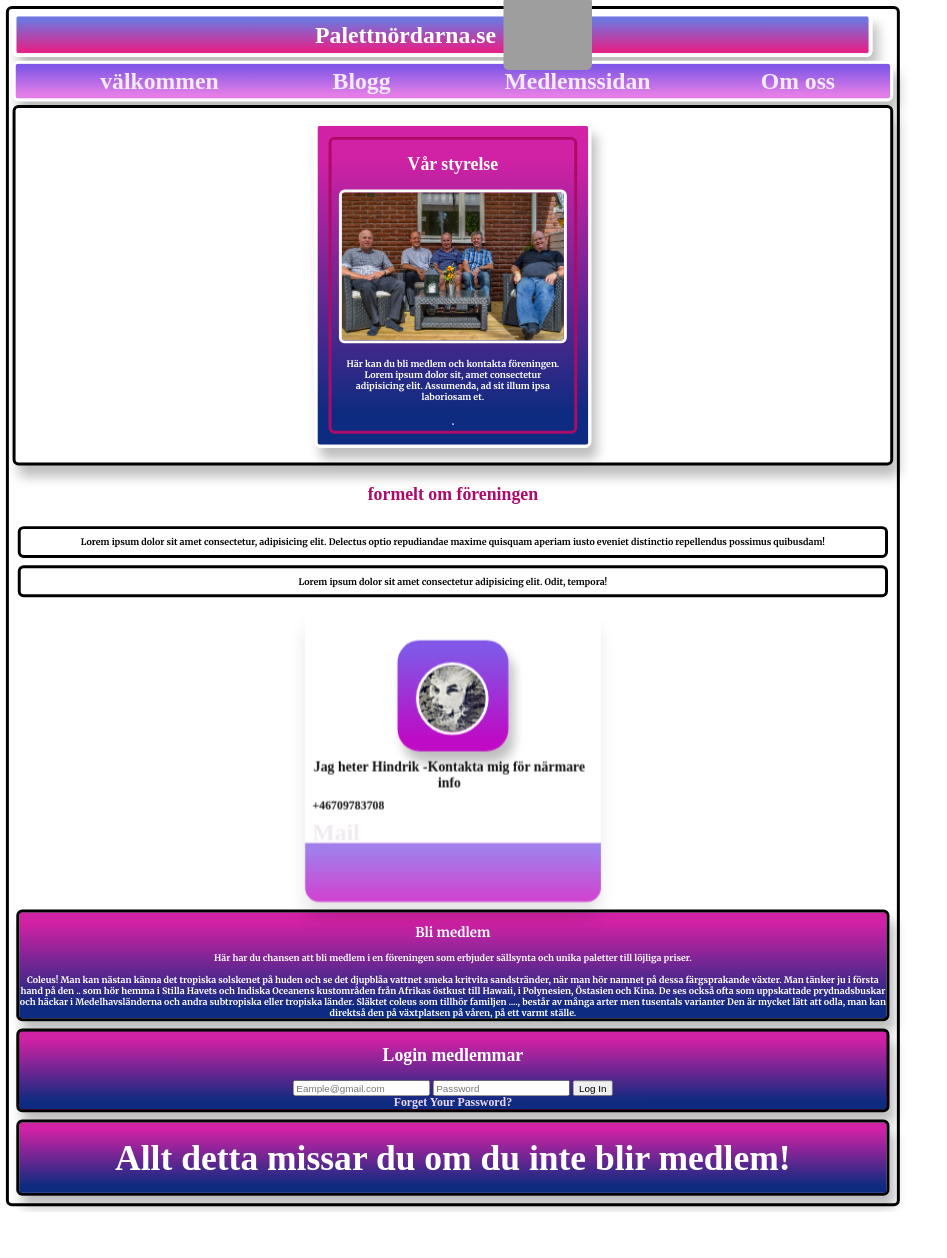
Repository: Webutveckling-20-21/lektion-3-CSS
Page: medlemssidan.html
The author's editor kept a copy of each file at every save. The page is drawn from the files as they stood at one save, then again after the next save.
The browser window is 1280 px wide. The pictures show the whole page, at 74% of full size.
Pictures or frames that could not be fetched are drawn as grey boxes. Some web fonts or font styles are not loaded; a fallback is used.

Above is the page before, as saved 2021-10-14 16:37:05.

After the next save:
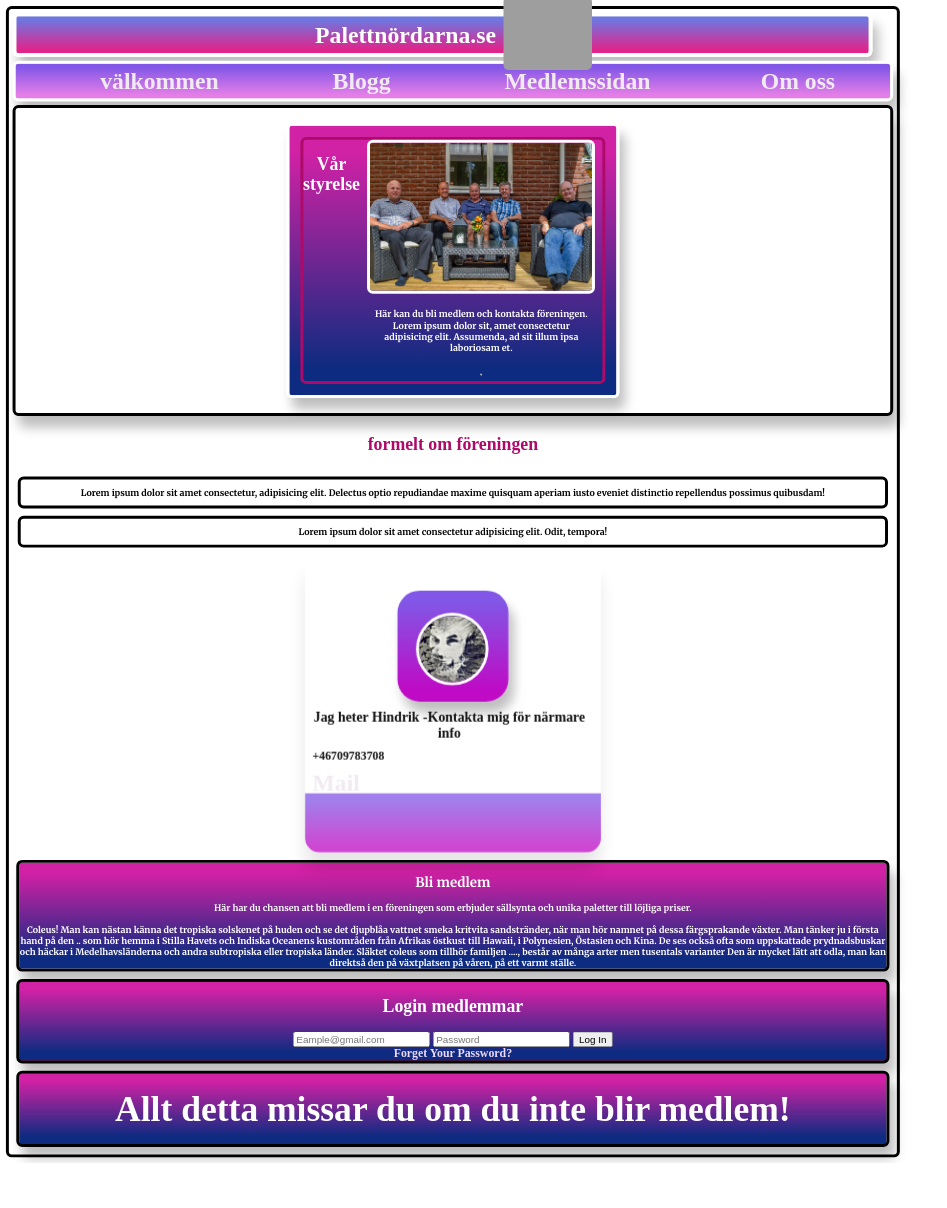
Saved 71 s later.
--- a/style4.css
+++ b/style4.css
@@ -274,6 +274,9 @@ a:hover {
     box-shadow: 7.6px 15.2px 15.2px hsl(0deg 0% 0% / 0.26);
 
 }
+.text-info{
+    display:flex;
+}
 
 .red .text-info img {
     width: 90vh;
